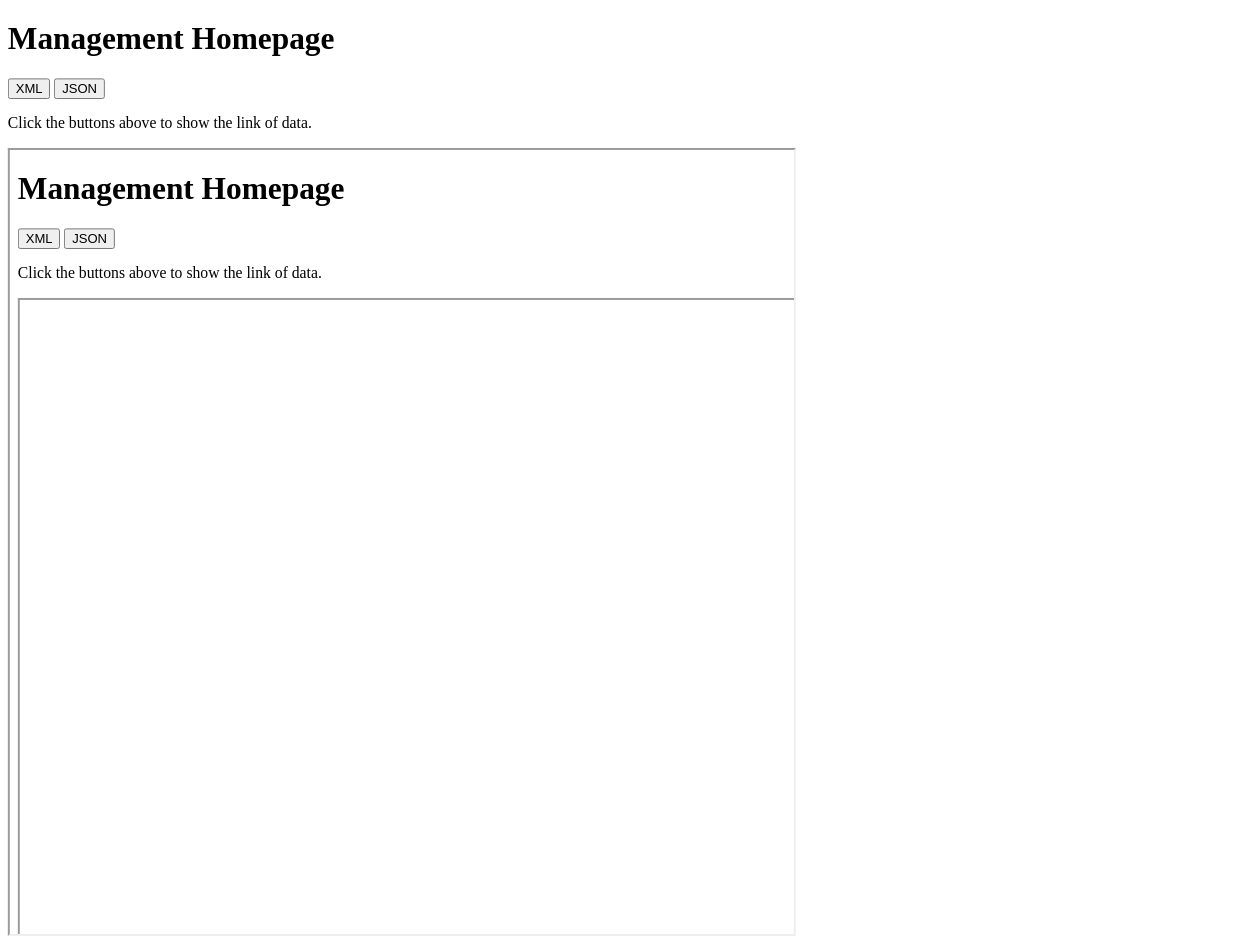
Repository: infsci2560sp16/full-stack-web-project-navis09
Page: hello/WebContent/index.html
An editor plug-in stored every save of this project. The page is shown before and after the next save, followed by the edit.
The browser window is 1280 px wide. The pictures show the whole page, at 98% of full size.

Above is the page before, as saved 2016-03-30 22:43:15.

After the next save:
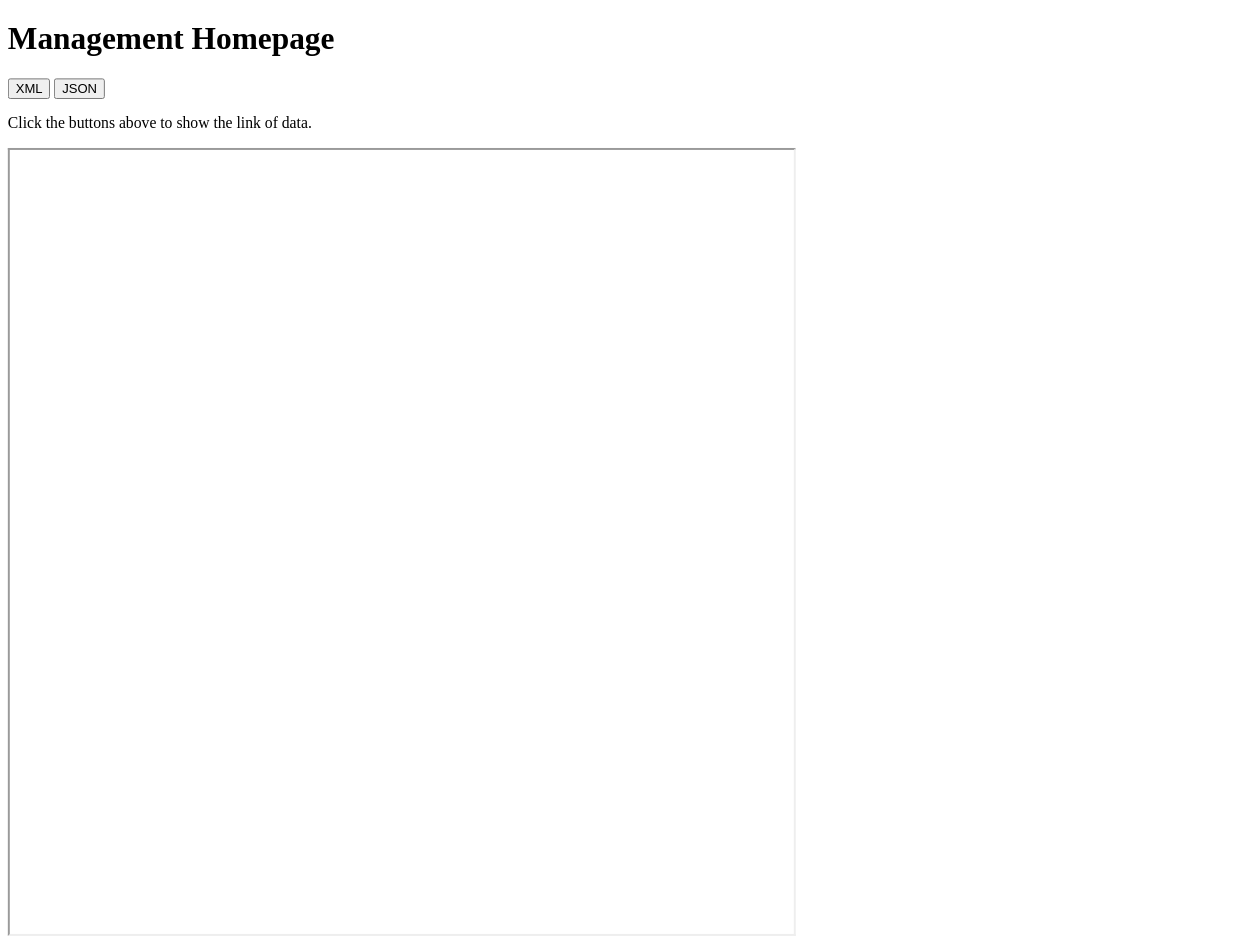
Saved 74 s later.
--- a/hello/WebContent/index.html
+++ b/hello/WebContent/index.html
@@ -26,7 +26,7 @@
 	<p id="content">
 	Click the buttons above to show the link of data.
     </p>
-    <iframe id="source" src="index.html" width="800" height="800"></iframe>
+    <iframe id="source" src="" width="800" height="800"></iframe>
 
 
 </body>
